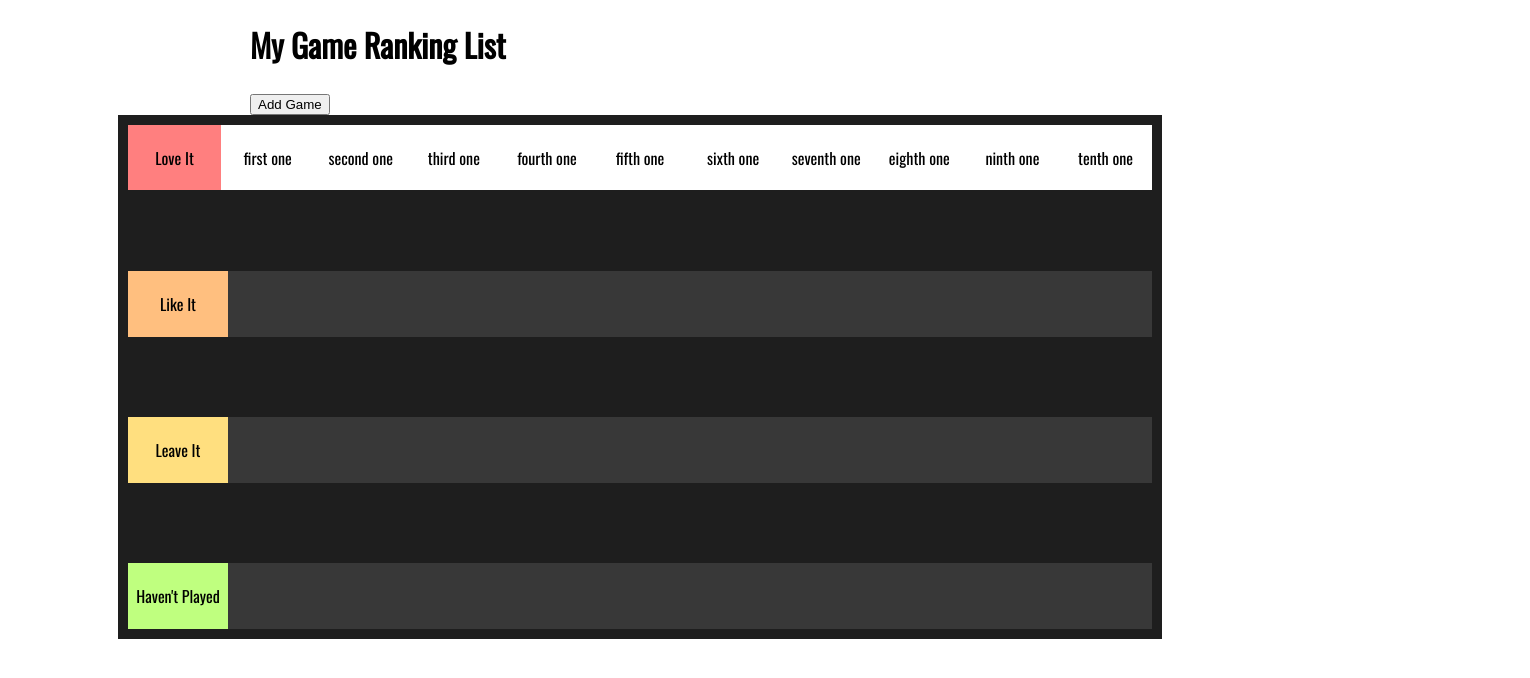
Repository: akiachenise/akiachenise.github.io
Page: JackboxGames_TierList_vanilla/index.html
An editor plug-in stored every save of this project. The page is shown before and after the next save, followed by the edit.
The browser window is 1280 px wide. The page is 1530 px wide, so the pictures cover 1530 px, including what lies to the right of the window. The pictures show the whole page.

Above is the page before, as saved 2022-11-26 16:34:46.

### JackboxGames_TierList_vanilla/index.html
<!DOCTYPE html>
<!--[if lt IE 7]>      <html class="no-js lt-ie9 lt-ie8 lt-ie7"> <![endif]-->
<!--[if IE 7]>         <html class="no-js lt-ie9 lt-ie8"> <![endif]-->
<!--[if IE 8]>         <html class="no-js lt-ie9"> <![endif]-->
<!--[if gt IE 8]>      <html class="no-js"> <!--<![endif]-->
<html lang="en-US">
  <head>
    <meta charset="utf-8" />
    <meta http-equiv="X-UA-Compatible" content="IE=edge" />
    <title>My Game Ranking List</title>
    <meta name="description" content="My Game Ranking" />
    <meta name="viewport" content="width=device-width, initial-scale=1" />
    <link rel="stylesheet" type="text/css" href="css/stylesheet.css" />
    <link rel="stylesheet" href="https://fonts.googleapis.com/css?family=Oswald">
  </head>
  <body>
    <!--[if lt IE 7]>
      <p class="browsehappy">
        You are using an <strong>outdated</strong> browser. Please
        <a href="#">upgrade your browser</a> to improve your experience.
      </p>
    <![endif]-->
    <span class="headerContainer">
        <h1>My Game Ranking List</h1>
        <button id="addCard">Add Game</button>
    </span>
    <div id="board">
        <div class = "row">
            <div class = "label">Love It</div>
            <div class="card" id="first" draggable="true">first one</div>
            <div class="card" id="second" draggable="true">second one</div>
            <div class="card" id="third" draggable="true">third one</div>
            <div class="card" id="fourth" draggable="true">fourth one</div>
            <div class="card" id="fifth" draggable="true">fifth one</div>
            <div class="card" id="sixth" draggable="true">sixth one</div>
            <div class="card" id="seventh" draggable="true">seventh one</div>
            <div class="card" id="eighth" draggable="true">eighth one</div>
            <div class="card" id="ninth" draggable="true">ninth one</div>
            <div class="card" id="ninth" draggable="true">tenth one</div>

        </div>
        <div class = "row">
            <div class = "label">Like It</div>
        </div>
        <div class = "row">
            <div class = "label">Leave It</div>
        </div>
        <div class = "row">
            <div class = "label">Haven't Played</div>
        </div>

    </div>


    <script src="js/cards.js" async defer></script>
    <script src="js/rows.js" async defer></script>
  </body>
</html>

### JackboxGames_TierList_vanilla/css/stylesheet.css
body {
    font-family: 'Oswald';
    margin: 0;
    display: flex;
    flex-direction: column;
    align-items: center;
    justify-content: center;
}

.headerContainer {
    display: block;
    width: 100vw;
    align-items: center;
    padding-left: 31.25rem;

}

#board {
    display: flex;
    flex-direction: column;
    align-items: center;
    justify-content: space-between;
    padding: 10px;
    width: 80vw;
    height: 70vh;
    background-color: rgb(30, 30, 30);
}

.row {
    display: flex;
    width: 100%;
    height: 13%;
    background-color: rgb(56, 56, 56);
}

.label {
    display: flex;
    justify-content: center;
    align-items: center;
    height: 100%;
    width: 100px;
    background-color: orange;
}

.card {
    height: 100%;
    width: 100px;
    display: flex;
    justify-content: center;
    align-items: center;
    background-color: white;
}

### JackboxGames_TierList_vanilla/js/cards.js
const cards = document.querySelectorAll('.card');

const onDragStart = (event) => {
    console.log('dragging the element');
    event.dataTransfer.setData('id', event.target.id);
    setTimeout(() => {
        event.target.style.visibility = 'hidden';
    }, 50)
}

const onDragEnd = (event) => {
    event.target.style.visibility = 'visible';
    console.log('ended the drag');
}

cards.forEach((card) => {
    card.ondragstart = onDragStart;
    card.ondragend = onDragEnd;


})

### JackboxGames_TierList_vanilla/js/rows.js
const rows = document.querySelectorAll('.row');
const colorRanks = ['rgb(255, 127, 127)', 'rgb(255, 191, 127)', 'rgb(255, 223, 127)' , 'rgb(191, 255, 127)'];

const onDragOver = (event) => {
    event.preventDefault();
}

const onDrop = (event) => {
   event.preventDefault();
   const draggedCardId = event.dataTransfer.getData('id');
   const draggedCard = document.getElementById(draggedCardId);
   event.target.appendChild(draggedCard);
   console.log('dropped the element');
}

rows.forEach((row, index) => {
    const label = row.querySelector('.label');
    label.style.backgroundColor = colorRanks[index];
    row.ondragover = onDragOver;
    row.ondrop = onDrop;
})

After the next save:
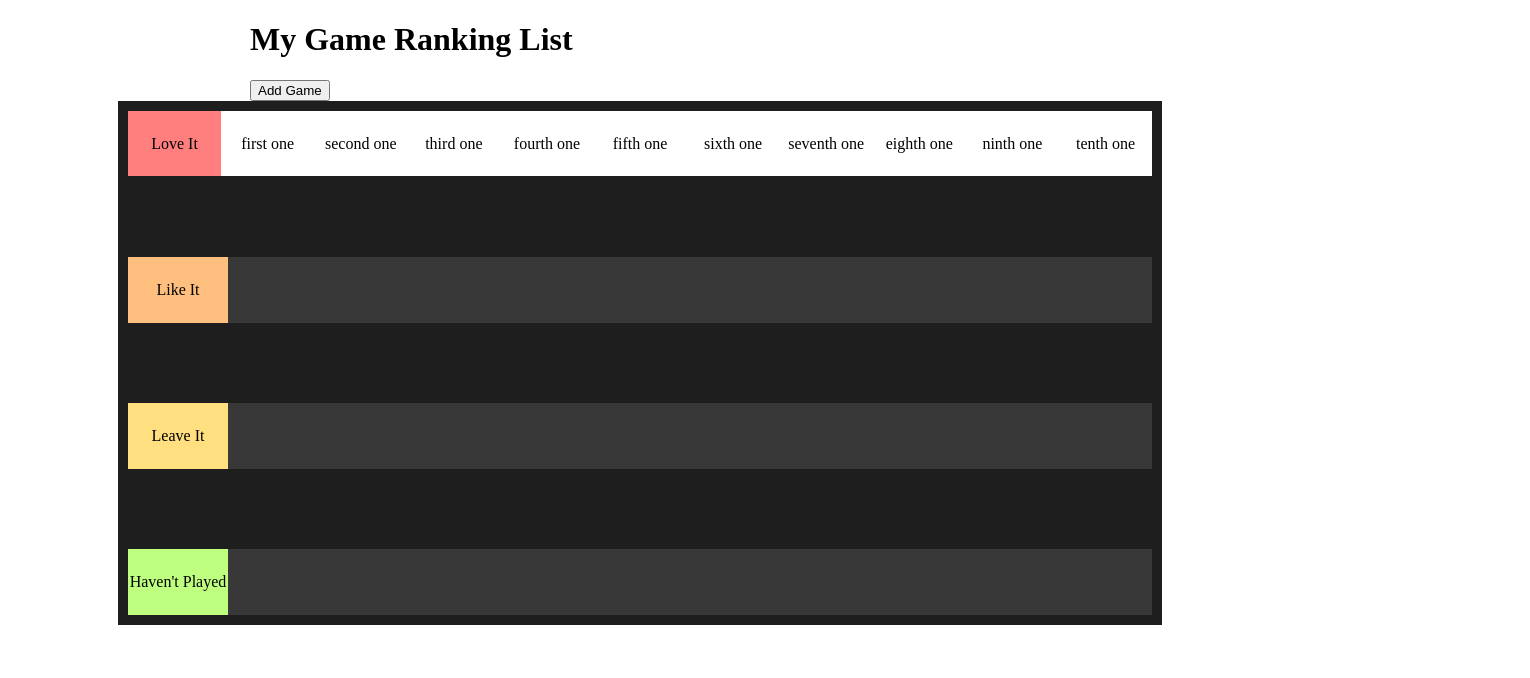
Saved 5 min 46 s later.
--- a/JackboxGames_TierList_vanilla/index.html
+++ b/JackboxGames_TierList_vanilla/index.html
@@ -11,7 +11,7 @@
     <meta name="description" content="My Game Ranking" />
     <meta name="viewport" content="width=device-width, initial-scale=1" />
     <link rel="stylesheet" type="text/css" href="css/stylesheet.css" />
-    <link rel="stylesheet" href="https://fonts.googleapis.com/css?family=Oswald">
+    <link rel="stylesheet" href="https://fonts.googleapis.com/css2?family=Roboto&display=swap">
   </head>
   <body>
     <!--[if lt IE 7]>
